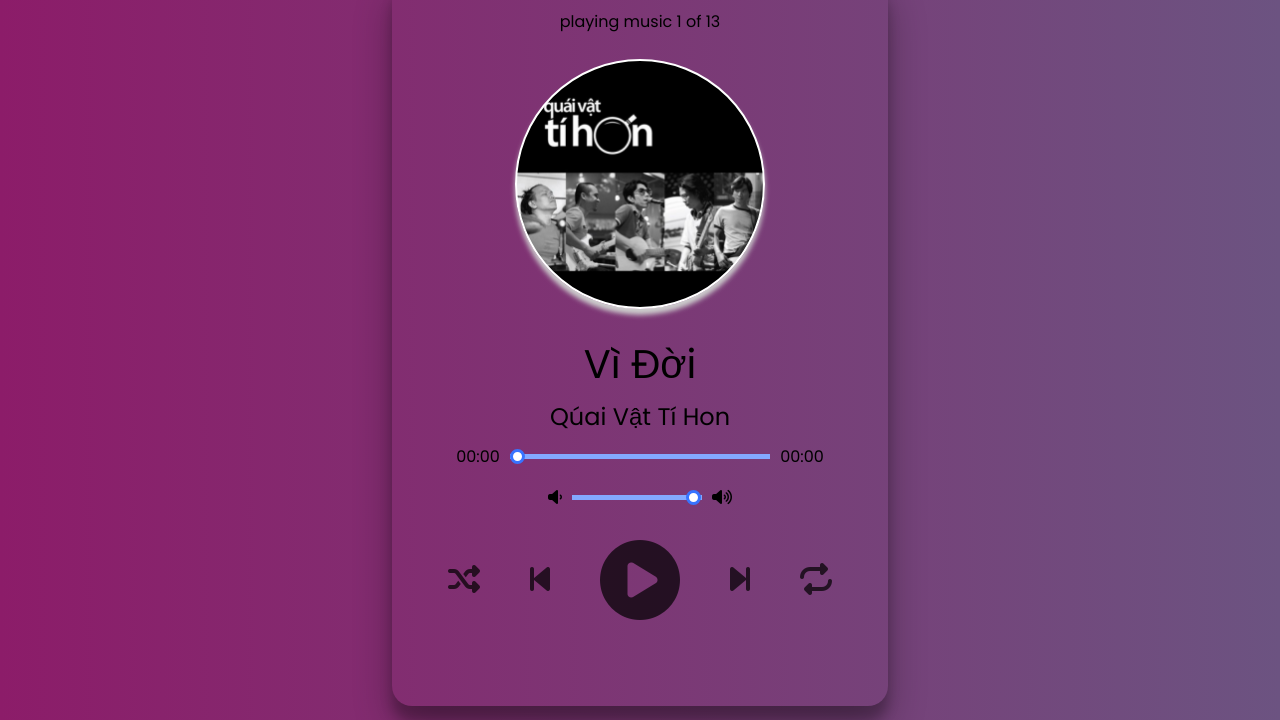
Repository: NguyenVietPhuQuy/Javascript-AudioPlayer
Page: index.html
These files come from the project's save history. The page is drawn as it stood at one moment and after the next save; the edit follows.
The browser window is 1280 px wide. The pictures show the whole page.

Above is the page before, as saved 2022-11-09 13:00:02.

### index.html
<!DOCTYPE html>
<html lang="en">

<head>
    <meta charset="UTF-8">
    <meta http-equiv="X-UA-Compatible" content="IE=edge">
    <meta name="viewport" content="width=device-width, initial-scale=1.0">
    <title>Music Player</title>
    <!--Font-Awesome-->
    <link rel="stylesheet" href="https://cdnjs.cloudflare.com/ajax/libs/font-awesome/6.2.0/css/all.min.css">
    <!--Css-->
    <link rel="stylesheet" href="index.css">
</head>

<body>
    <div class="player">
        <div class="wrapper">
            <div class="details">
                <div class="now-playing">PAYING x OF y</div>
                <div class="track-art"></div>
                <div class="track-name">Track Name</div>
                <div class="track-artist">Track Artist</div>
            </div>

            <div class="slider_container">
                <div class="current-time">00:00</div>
                <input type="range" min="1" max="100" value="0" class="seek_slider" onchange="seekTo()">
                <div class="total-duration">00:00</div>
            </div>

            <div class="slider_container">
                <i class="fa fa-volume-down"></i>
                <input type="range" min="1" max="100" value="99" class="volume_slider" onchange="setVolume()">
                <i class="fa fa-volume-up"></i>
            </div>

            <div class="buttons">
                <div class="random-track" onclick="randomTrack()">
                    <i class="fas fa-random fa-2x" title="random"></i>
                </div>

                <div class="prev-track" onclick="prevTrack()">
                    <i class="fas fa-step-backward fa-2x"></i>
                </div>

                <div class="playPause-track" onclick="playPauseTrack()">
                    <i class="fas fa-play-circle fa-5x"></i>
                </div>

                <div class="next-track" onclick="nextTrack()">
                    <i class="fas fa-step-forward fa-2x"></i>
                </div>

                <div class="repeat-track" onclick="repeatTrack()">
                    <i class="fas fa-repeat fa-2x" title="repeat"></i>
                </div>
            </div>

            <div id="wave">
                <span class="stroke"></span>
                <span class="stroke"></span>
                <span class="stroke"></span>
                <span class="stroke"></span>
                <span class="stroke"></span>
                <span class="stroke"></span>
                <span class="stroke"></span>
            </div>
        </div>
    </div>
    <!--Main-->
    <script src="https://ajax.googleapis.com/ajax/libs/jquery/3.6.0/jquery.min.js"></script>
    <script src="index.js"></script>
</body>

</html>

### index.css
/*Font Google and base*/
@import url('https://fonts.googleapis.com/css2?family=Poppins&display=swap');
*{
    font-family: 'Poppins',sans-serif;
    box-sizing: border-box;
    margin: 0;
}
img{
    width: 100%;
}
/*Main*/
.player{
    height: 95vh;
    display: flex;
    align-items: center;
    flex-direction: column;
    justify-content: center;
}
.wrapper{
    border: 1px solid transparent;
    padding: 30px;
    border-radius: 20px;
    box-shadow: rgba(0, 0, 0, 0.3) 0 19px 38px, rgba(0, 0, 0, 0.22) 0 15px 12px
}
.details{
    display: flex;
    align-items: center;
    flex-direction: column;
    justify-content: center;
}
.track-art{
    margin: 25px;
    height: 250px;
    width: 250px;
    border: 2px solid #fff;
    background-size: cover;
    background-position: center;
    box-shadow: 0px 6px 5px #ccc;
    border-radius: 190px;
}
.now-playing {
    font-size: 1rem;
}
.track-name{
    font-size: 2.5rem;
}
.track-artist{
    margin-top: 5px;
    font-size: 1.5rem;
}
.buttons{
    display: flex;
    flex-direction: row;
    align-items: center;
    margin-bottom: 30px;
}
.active{
    color: black;
}
.repeat-track
,.random-track
,.playPause-track
,.prev-track
,.next-track{
    padding: 25px;
    opacity: 0.7;
    transition: opacity .2s;
}
.repeat-track:hover
,.random-track:hover
,.playPause-track:hover
,.prev-track:hover
,.next-track:hover{
    opacity: 1;
}
.slider_container{
    display: flex;
    justify-content: center;
    align-items: center;

}
.seek_slider,
.volume_slider{
    appearance: none;
    height: 5px;
    background-color: #83a9ff;
    transition: opacity .2s;
}
.seek_slider::-webkit-slider-thumb,
.volume_slider::-webkit-slider-thumb{
    appearance: none;
    width: 15px;
    height: 15px;
    background: white;
    border: 3px solid #3774ff;
    cursor: pointer;
    border-radius: 100%;
}
.seek_slider:hover,
.volume_slider:hover{
    opacity: 1;
}
.seek_slider{
    width: 60%;
}
.volume_slider{
    width: 30%;
}
.current-time,
.total-duration{
    padding: 10px;
}
i.fa-volume-down,
i.fa-volume-up{
    padding:10px ;
}
i,
i.fa-play-circle,
i.fa-pause-circle,
i.fa-step-forward,
i.fa-step-backward{
    cursor: pointer;
}
.randomActive{
    color: whitesmoke;
}
.rotate{
    animation: rotation 8s infinite linear;
}
@keyframes rotation{
    from{
        transform: rotate(0deg);
    }
    to {
        transform: rotate(359deg);
    }
}
.loader{
    height: 70px;
    display: flex;
    justify-content: center;
    align-items: center;
}
.loader .stroke{
    background: #f1f1f1;
    height: 150%;
    width: 10px;
    border-radius: 50px;
    margin: 0 5px;
    animation: animate 1.4s linear infinite;
}
@keyframes animate{
    50%{
        height: 20%;
        background: #4286f4;
    }
    100%{
        height: 100%;
    }
}
.stroke:nth-child(1){
    animation-delay: 0s;
}
.stroke:nth-child(2){
    animation-delay: 0.3s;
}
.stroke:nth-child(3){
    animation-delay: 0.6s;
}
.stroke:nth-child(4){
    animation-delay: 0.9s;
}
.stroke:nth-child(5){
    animation-delay: 0.6s;
}
.stroke:nth-child(6){
    animation-delay: 0.3s;
}
.stroke:nth-child(7){
    animation-delay: 0s;
}

### index.js

let now_playing = document.querySelector('.now-playing');
let track_art = document.querySelector('.track-art');
let track_name = document.querySelector('.track-name');
let track_artist = document.querySelector('.track-artist');

let playPause_btn = document.querySelector('.playPause-track');
let next_btn = document.querySelector('.next-track');
let prev_btn = document.querySelector('.prev-track');

let seek_slider = document.querySelector('.seek_slider');
let volume_slider = document.querySelector('.volume_slider');
let curr_time = document.querySelector('.current-time');
let total_duration = document.querySelector('.total-duration');
let wave = document.querySelector('#wave');
let randomIcon = document.querySelector('.fa-random');
let curr_track = document.createElement('audio');

let track_index=0;
let isPlaying =false;
let isRandom =false;
let updateTimer;

const music_list = [
    {
        img: '/Images/QuaiVatTiHon.jpg',
        name: 'Vì Đời',
        artist: 'Qúai Vật Tí Hon',
        music: 'Musics/QuaiVatTiHon/Vi-Doi-Quai-Vat-Ti-Hon.mp3'
    },
    {
        img: '/Images/QuaiVatTiHon.jpg',
        name: 'Vợ ơi anh sai đã sai rồi',
        artist: 'Qúai Vật Tí Hon',
        music: 'Musics/QuaiVatTiHon/Vo-Oi-Anh-Da-Sai-Roi-Quai-Vat-Ti-Hon.mp3'
    },
    {
        img: '/Images/QuaiVatTiHon.jpg',
        name: 'Đường về',
        artist: 'Qúai Vật Tí Hon',
        music: 'Musics/QuaiVatTiHon/Duong-Ve-Quai-Vat-Ti-Hon.mp3'
    },
    {
        img: '/Images/QuaiVatTiHon.jpg',
        name: 'Mascara',
        artist: 'Chilles',
        music: 'Musics/Chilles/Mascara-Chillies-6467676.mp3'
    },
    {
        img: '/Images/QuaiVatTiHon.jpg',
        name: 'Nếu ngày mai không đến',
        artist: 'Chilles',
        music: 'Musics/Chilles/NeuNgayMaiKhongDen-Chillies-6467646.mp3'
    },
    {
        img: '/Images/QuaiVatTiHon.jpg',
        name: 'Những con đường song song',
        artist: 'Chilles',
        music: 'Musics/Chilles/NhungConDuongSongSong-Chillies-6467569.mp3'
    },
    {
        img: '/Images/QuaiVatTiHon.jpg',
        name: 'Qua Khung Cửa Sổ',
        artist: 'Chilles',
        music: 'Musics/Chilles/QuaKhungCuaSo-Chillies-6811489.mp3'
    },
    {
        img: '/Images/QuaiVatTiHon.jpg',
        name: 'SunKissed',
        artist: 'Chilles',
        music: 'Musics/Chilles/SunkissedFeatChauBui-Chillies-7196795.mp3'
    },
    {
        img: '/Images/QuaiVatTiHon.jpg',
        name: 'Và thế là hêt',
        artist: 'Chilles',
        music: 'Musics/Chilles/VaTheLaHet-Chillies-6467602.mp3'
    },
    {
        img: '/Images/QuaiVatTiHon.jpg',
        name: 'Vùng Ký Ức',
        artist: 'Chilles',
        music: 'Musics/Chilles/VungKyUc-Chillies-6278528.mp3'
    },
    {
        img: '/Images/Chilles.jpg',
        name: 'Cứ Chill thôi',
        artist: 'Chilles',
        music: 'Musics/Chilles/CuChillThoi-ChilliesSuniHaLinhRhymastic-6330366.mp3'
    },
    {
        img: '/Images/Chilles.jpg',
        name: 'Cảm Ơn và Xin Lỗi',
        artist: 'Chilles',
        music: 'Musics/Chilles/CamOnVaXinLoi-Chillies-6467640.mp3'
    },
    {
        img: '/Images/Chilles.jpg',
        name: 'Gía Như',
        artist: 'Chilles',
        music: '/Musics/Chilles/GiaNhu-Chillies-7016096.mp3'
    }

]
loadTrack(track_index);
function loadTrack(track_index){
    clearInterval(updateTimer);
    reset();

    curr_track.src = music_list[track_index].music;
    curr_track.load();
    track_art.style.backgroundImage ="url("+ music_list[track_index].img+")";
    track_name.textContent = music_list[track_index].name;
    track_artist.textContent = music_list[track_index].artist;
    now_playing.textContent = "playing music" +" " +(track_index+1) +" "+ "of" +" "+ music_list.length;

    updateTimer = setInterval(setUpdate,1000);

    curr_track.addEventListener('ended',nextTrack);
    random_bg_color();
}

function random_bg_color(){
    let hex = ['0','1','2','3','4','5','6','7','8','9','a','b','c','d','e']
    let a;

    function populate(a){
        for(let i=0;i<6;i++){
            let x =Math.round(Math.random()*14);
            let y = hex[x];
            a += y;
        }
        return a;
    }
    let Color1 = populate('#');
    console.log(Color1)
    let Color2 = populate('#');
    console.log(Color2)
    var angle = 'to right';
    let gradient = 'linear-gradient('+angle+','+ Color1+','+ Color2+')';
    document.body.style.background =gradient;
}

function reset(){
    curr_time.textContent = "00:00";
    total_duration.textContent ="00:00";
    seek_slider.value = 0;
}
function randomTrack(){
    isRandom ? pauseRandom ():playRandom();
}

function playRandom(){
    isRandom =true;
    randomIcon.classList.add('randomActive');
}
function pauseRandom(){
    isRandom =false;
    randomIcon.classList.remove('randomActive');
}
function repeatTrack(){
    let current_index = track_index;
    loadTrack(current_index);
    playTrack();
}
function playPauseTrack(){
    isPlaying ? pauseTrack() : playTrack();
}
function playTrack(){
    curr_track.play();
    isPlaying =true;
    track_art.classList.add('rotate');
    wave.classList.add('loader');
    playPause_btn.innerHTML = '<i class="fa fa-pause-circle fa-5x"></i>'
}
function pauseTrack(){
    curr_track.pause();
    isPlaying = false;
    track_art.classList.remove('rotate');
    wave.classList.remove('loader');
    playPause_btn.innerHTML = '<i class="fa fa-play-circle fa-5x"></i>'
}

function nextTrack(){
    if (track_index<music_list.length -1 && isRandom === false)
    {track_index+=1}
    else if (track_index< music_list.length -1 && isRandom ===true)
    {let random_index =Number.parseInt(Math.random()*music_list.length);
    track_index =random_index;
    }
    else{track_index=0}
    loadTrack(track_index);
    playTrack();
}
function prevTrack(){
    if(track_index>0){
        track_index -=1;
    } else {
        track_index =music_list.length -1;
    }
    loadTrack(track_index);
    playTrack();
}
function seekTo(){
    let seekTo = curr_track.duration * (seek_slider.value/100);
    curr_track.currentSrc =seekTo;
}
function setVolume(){
    curr_track.volume = volume_slider.value/100;
}
function setUpdate(){
    let seekPosition =0;
    if(!isNaN(curr_track.duration)){
        seekPosition = curr_track.currentTime*(100/curr_track.duration);
        seek_slider.value = seekPosition;

        let currentMinutes = Math.floor(curr_track.currentTime/60);
        let currentSeconds =Math.floor(curr_track.currentTime -currentMinutes*60);
        let durationMinutes =Math.floor(curr_track.duration/60);
        let durationSeconds =Math.floor(curr_track.duration -durationMinutes*60);
        if(currentSeconds<10){currentSeconds="0"+currentSeconds;}
        if(durationSeconds<10){durationSeconds= "0"+durationSeconds;}
        if(currentMinutes<10){currentMinutes ="0" +currentMinutes;}
        if(durationMinutes<10){durationMinutes= "0"+durationMinutes;}
        curr_time.textContent = currentMinutes +':' + currentSeconds;
        total_duration.textContent = durationMinutes +':'+durationSeconds;
    }
}

After the next save:
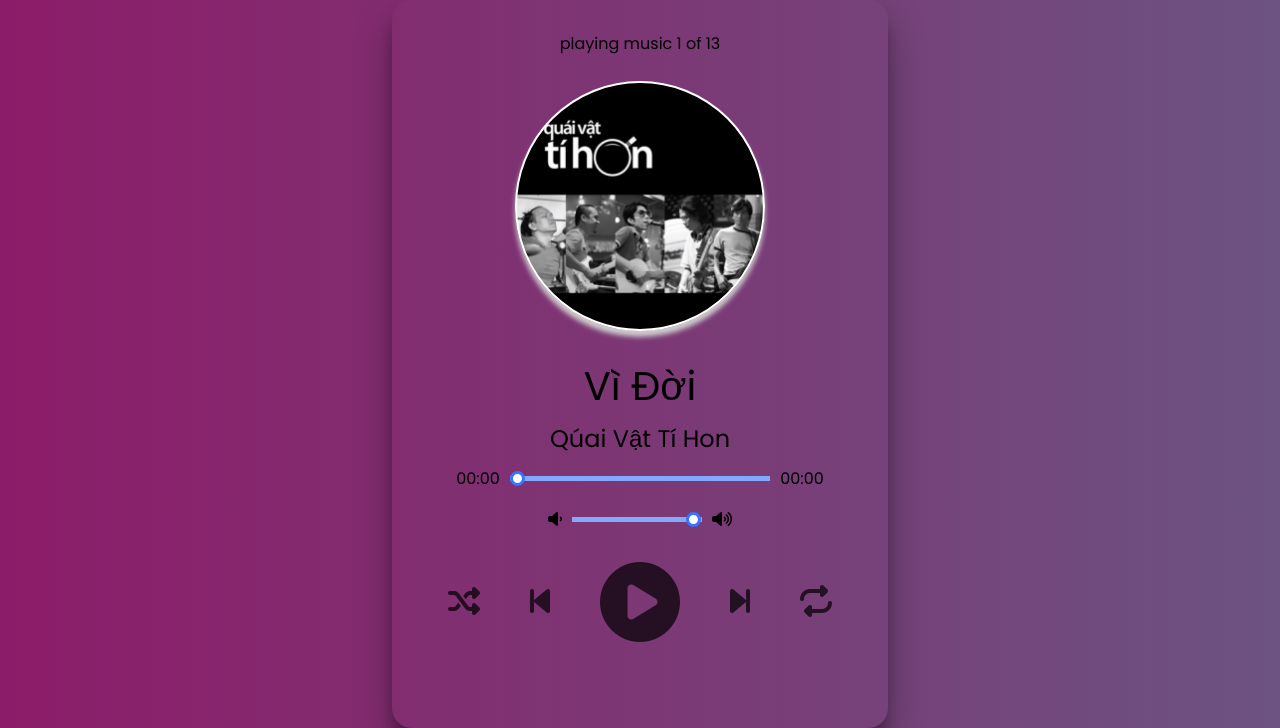
Saved 19 s later.
--- a/index.css
+++ b/index.css
@@ -10,7 +10,7 @@ img{
 }
 /*Main*/
 .player{
-    height: 95vh;
+    height: auto;
     display: flex;
     align-items: center;
     flex-direction: column;
